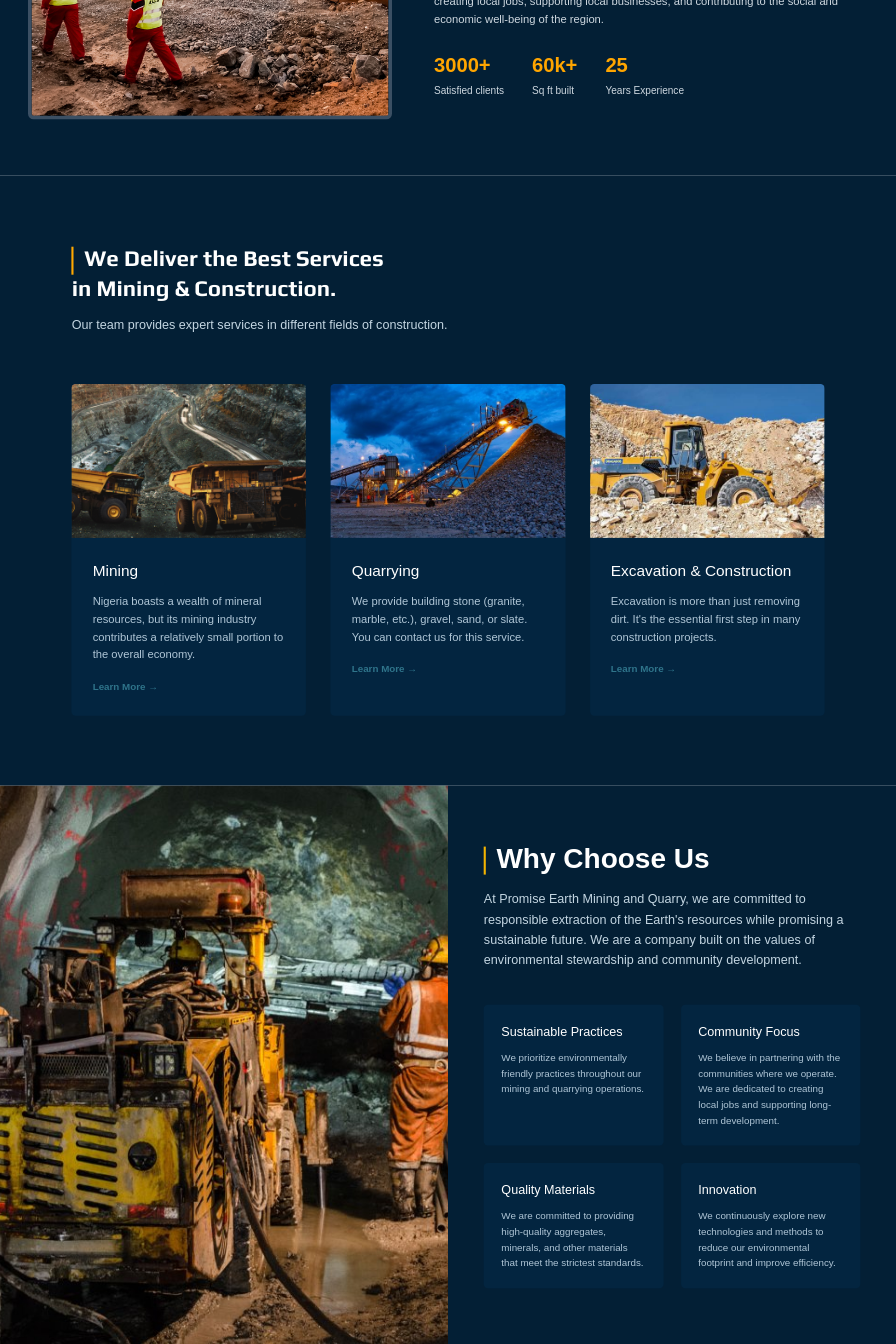
Repository: KC-Minchakpu/promise-earth
Page: /
These files come from the project's save history. The page is drawn as it stood at one moment and after the next save; the edit follows.
The browser window is 1280 px wide. The pictures show the part of the page from y = 1299 to 3219 px (the page is 3219 px tall before and 3212 px after), at 70% of full size.
The project was rebuilt for these pictures with package versions that can differ from the ones it lists, and the page was loaded fresh each time. The framework's server and built-in components were replaced by stand-ins that run in the browser. Also part of the build but not shown: next.config.ts.

Above is the page before, as saved 2026-02-26 16:42:04.

After the next save:
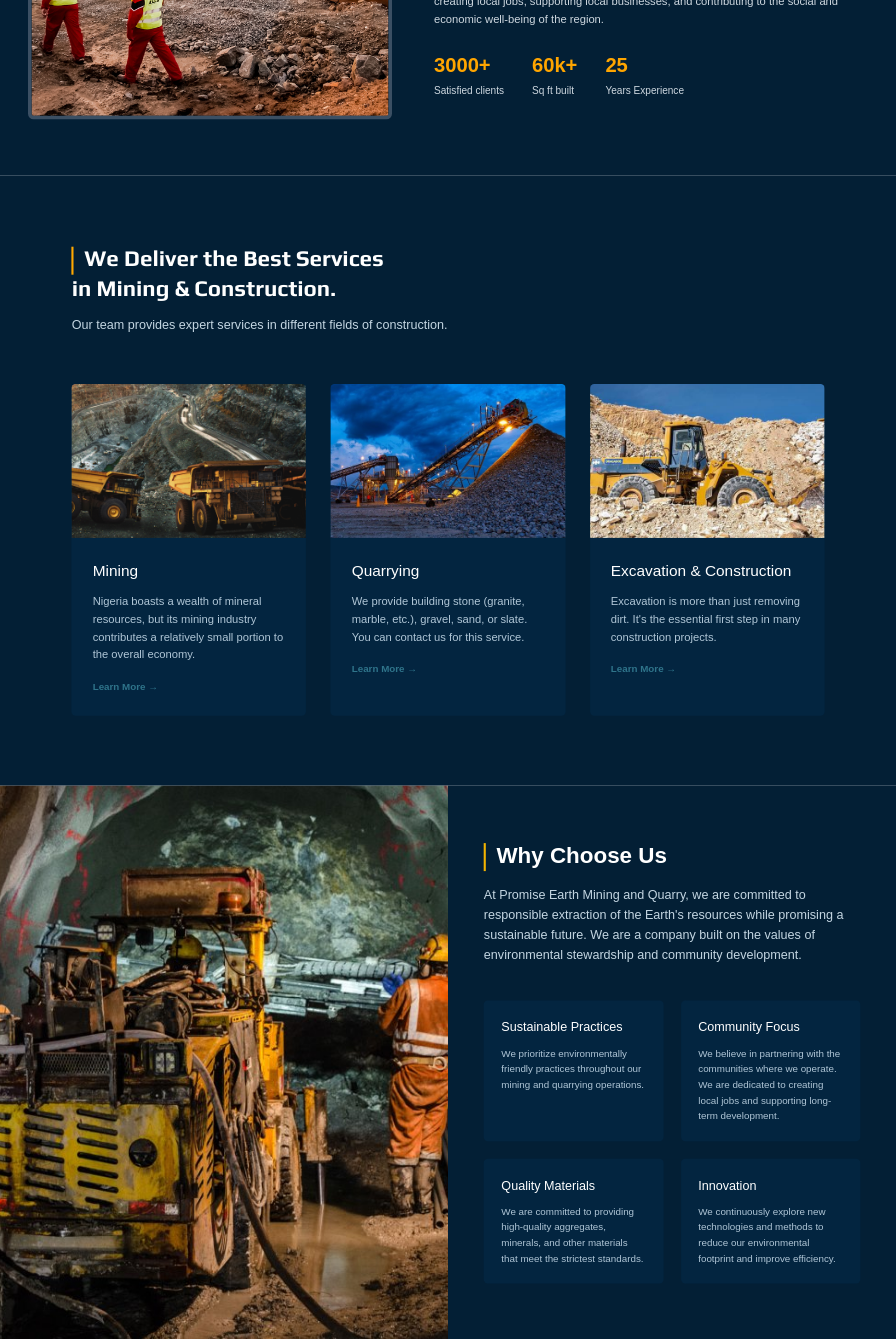
Saved 97 s later.
--- a/src/components/WhyChooseUs/WhyChooseUs.module.css
+++ b/src/components/WhyChooseUs/WhyChooseUs.module.css
@@ -34,7 +34,7 @@
 /*  HEADER  */
 
 .inner h2 {
-  font-size: 40px;
+  font-size: 2rem;
   font-weight: 700;
   line-height: 1.2;
 }
